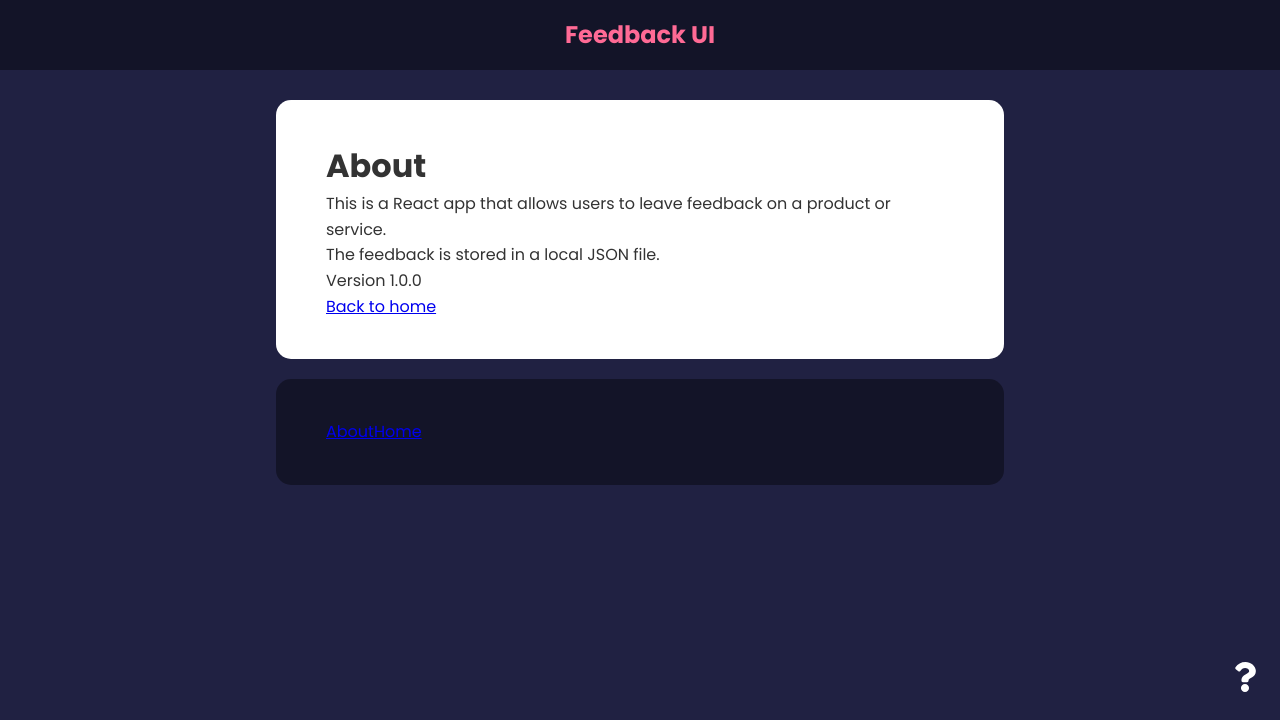
Repository: bayorwor/feedbackapp
Page: /about
The author's editor kept a copy of each file at every save. The page is drawn from the files as they stood at one save, then again after the next save.
The browser window is 1280 px wide. The pictures show the whole page.
The project was rebuilt for these pictures with package versions that can differ from the ones it lists, and the page was loaded fresh each time. Also part of the build but not shown: src/components/FeedbaackItem.jsx, src/components/FeedbackList.jsx, src/components/FeedbackStats.jsx, src/components/shared/Button.js, src/components/RatingSelect.jsx, src/components/FeedbackForm.jsx.

Above is the page before, as saved 2022-01-31 07:26:25.

### public/index.html
<!DOCTYPE html>
<html lang="en">
  <head>
    <meta charset="utf-8" />
    <link rel="icon" href="%PUBLIC_URL%/favicon.ico" />
    <meta name="viewport" content="width=device-width, initial-scale=1" />
    <meta name="theme-color" content="#000000" />
    <meta
      name="description"
      content="Web site created using create-react-app"
    />
    <link rel="apple-touch-icon" href="%PUBLIC_URL%/logo192.png" />
    <link rel="manifest" href="%PUBLIC_URL%/manifest.json" />
    <title>feedback app</title>
  </head>
  <body>
    <noscript>You need to enable JavaScript to run this app.</noscript>
    <div id="root"></div>
  </body>
</html>

### src/App.js
import { useState } from "react";
import { BrowserRouter as Router, Route, Routes } from "react-router-dom";
import { v4 as uuidV4 } from "uuid";
import Header from "./components/Header";
import feedbackData from "./data/feedBacks";
import FeedbackList from "./components/FeedbackList";
import FeedbackStats from "./components/FeedbackStats";
import FeedbackForm from "./components/FeedbackForm";
import AboutPage from "./pages/AboutPage";
import AboutIconLink from "./components/AboutIconLink";
import Footer from "./components/Footer";

const App = () => {
  const [feedback, setFeedback] = useState(feedbackData);

  const deleteFeedback = (id) => {
    if (window.confirm("Are you sure you want to delete this feedback?")) {
      setFeedback(feedback.filter((feedback) => feedback.id !== id));
    }
  };

  const addFeedback = (newFeedback) => {
    newFeedback.id = uuidV4();
    setFeedback([newFeedback, ...feedback]);
  };

  return (
    <Router>
      <Header />
      <div className="container">
        <Routes>
          <Route
            exact
            path="/"
            element={
              <>
                <FeedbackForm addFeedback={addFeedback} />
                <FeedbackStats feedback={feedback} />
                <FeedbackList
                  feedback={feedback}
                  deleteFeedback={deleteFeedback}
                />
              </>
            }
          ></Route>
          <Route path="/about" element={<AboutPage />} />
        </Routes>
        <Footer />
        <AboutIconLink />
      </div>
    </Router>
  );
};

export default App;

### src/components/Header.jsx
import React from "react";
import PropTypes from "prop-types";

const Header = ({ text, bgColor, textColor }) => {
  const headerStyle = {
    backgroundColor: bgColor,
    color: textColor,
  };

  return (
    <header style={headerStyle}>
      <div className="container">
        <h2>{text}</h2>
      </div>
    </header>
  );
};

Header.defaultProps = {
  text: "Feedback UI",
  bgColor: "rgba(0, 0, 0, 0.4)",
  textColor: "#ff6a95",
};

Header.propTypes = {
  text: PropTypes.string,
  bgColor: PropTypes.string,
  textColor: PropTypes.string,
};

export default Header;

### src/data/feedBacks.js
const feedbackData = [
  {
    rating: 7,
    text: "This is an example of a feedback item",
    id: 1,
  },
  {
    rating: 9,
    text: "lorem  ipsum dolor sit  amet consectetur adipisicing elit. Qui, quisquam.",
    id: 2,
  },
  {
    rating: 12,
    text: "lorem  ipsum dolor sit  amet consectetur adipisicing elit. Qui, quisquam.",
    id: 3,
  },
];

export default feedbackData;

### src/pages/AboutPage.jsx
import React from "react";
import { Link } from "react-router-dom";
import Card from "../components/shared/Card";

function AboutPage() {
  return (
    <Card>
      <h1>About</h1>
      <p>
        This is a React app that allows users to leave feedback on a product or
        service.
      </p>
      <p>The feedback is stored in a local JSON file.</p>
      <p>Version 1.0.0</p>
      <p>
        <Link to="/">Back to home</Link>
      </p>
    </Card>
  );
}

export default AboutPage;

### src/components/AboutIconLink.jsx
import React from "react";
import { FaQuestion } from "react-icons/fa";
import { Link } from "react-router-dom";

function AboutIconLink() {
  return (
    <div className="about-link">
      <Link to="/about">
        <FaQuestion size={30} />
      </Link>
    </div>
  );
}

export default AboutIconLink;

### src/components/Footer.jsx
import { NavLink } from "react-router-dom";
import Card from "./shared/Card";

function Footer() {
  return (
    <Card reverse={true}>
      <div>
        <NavLink to="/about">About</NavLink>
        <NavLink to="/">Home</NavLink>
      </div>
    </Card>
  );
}

export default Footer;

### src/components/shared/Card.jsx
import React from "react";
import PropTypes from "prop-types";

function Card({ children, reverse }) {
  return <div className={`card ${reverse && "reverse"}`}>{children}</div>;
}

Card.defaultProps = {
  reverse: false,
};

Card.propTypes = {
  children: PropTypes.node.isRequired,
  reverse: PropTypes.bool,
};

export default Card;

Loaded but not shown: src/index.js (common file); src/index.css (common file)

After the next save:
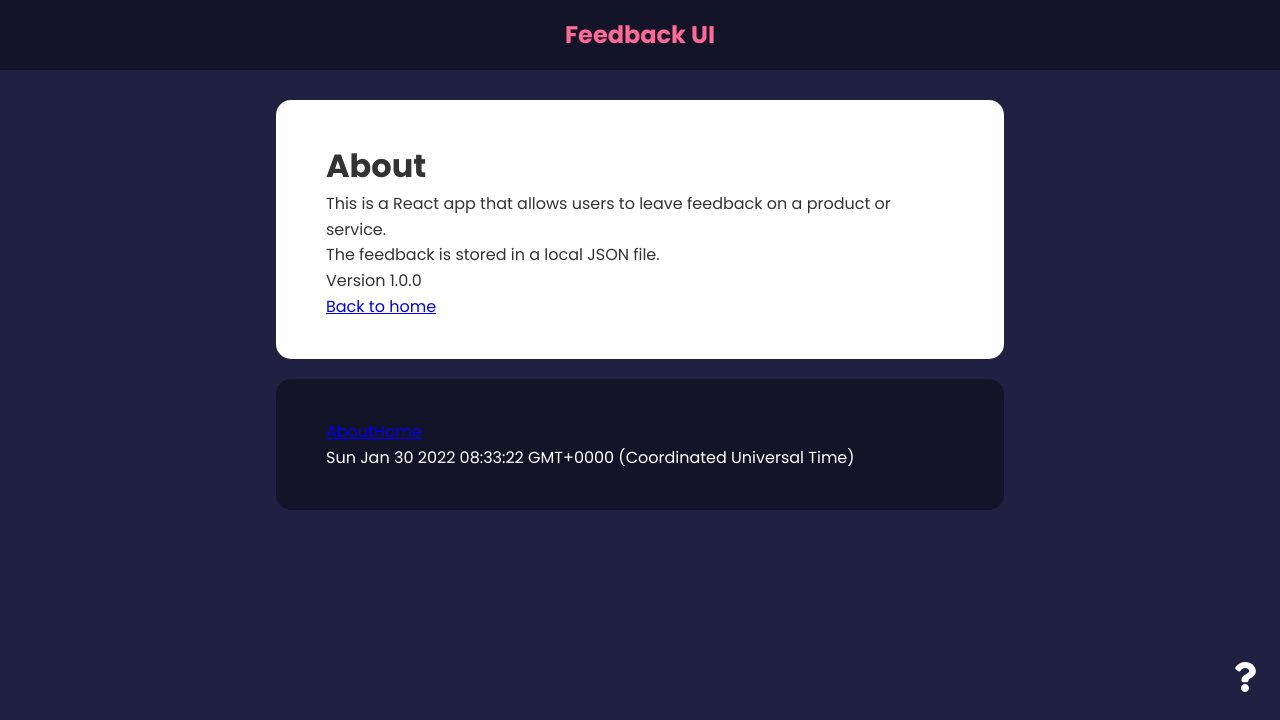
Saved 51 s later.
--- a/src/components/Footer.jsx
+++ b/src/components/Footer.jsx
@@ -8,6 +8,7 @@
         <NavLink to="/about">About</NavLink>
         <NavLink to="/">Home</NavLink>
       </div>
+      <p>{Date()}</p>
     </Card>
   );
 }

After the 2 saves that followed:
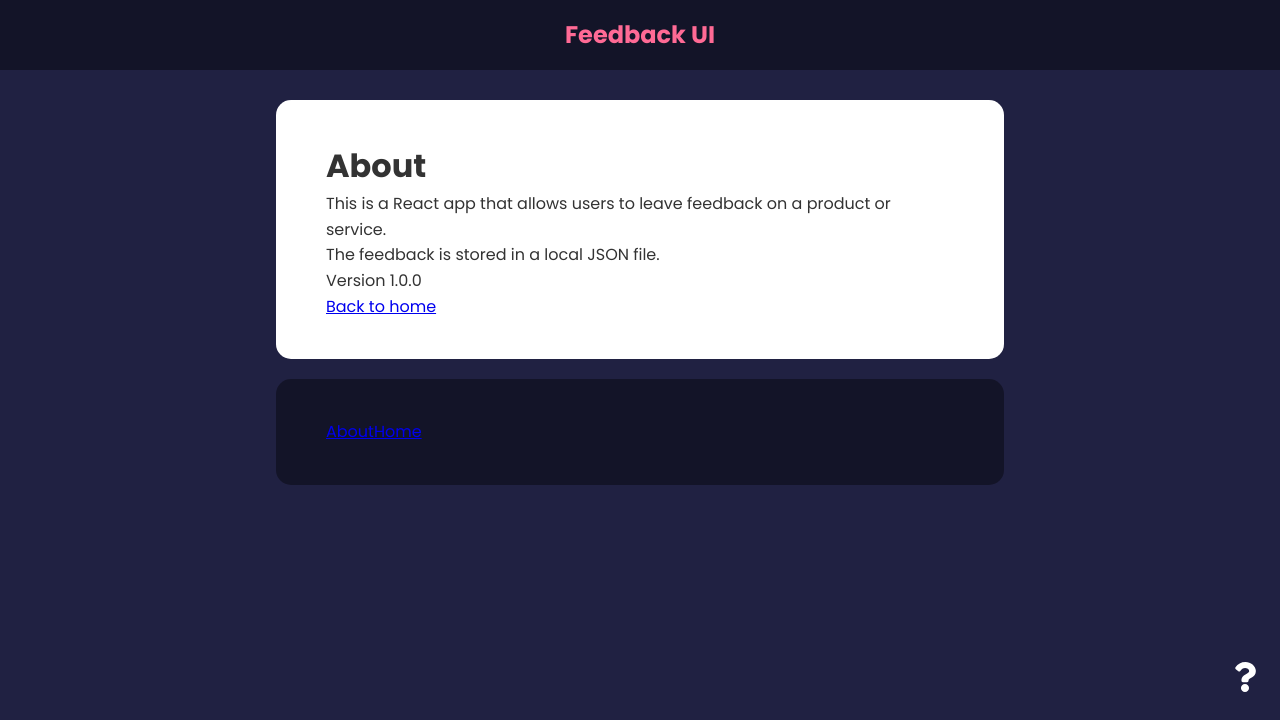
The 2 saves are shown as one change because 1 did not build or start.
The last was saved 57 s later.
--- a/src/components/Footer.jsx
+++ b/src/components/Footer.jsx
@@ -8,7 +8,7 @@
         <NavLink to="/about">About</NavLink>
         <NavLink to="/">Home</NavLink>
       </div>
-      <p>{Date()}</p>
+      <p>{Date.now().getFullYear}</p>
     </Card>
   );
 }
